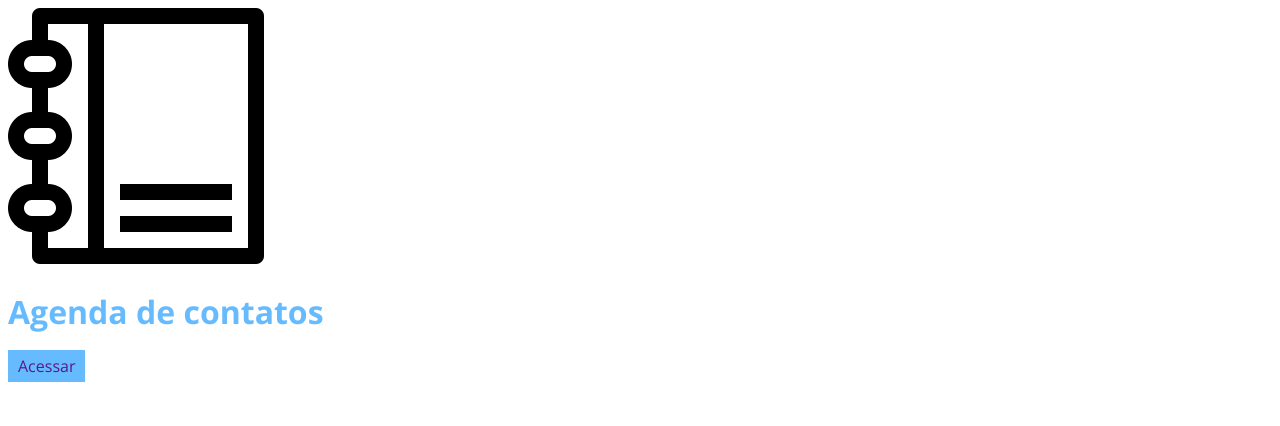
Repository: ricardolino-hub/agenda-dynamic-web-project
Page: http://localhost/Agenda/
These files come from the project's save history. The page is drawn as it stood at one moment and after the next save; the edit follows.
The browser window is 1280 px wide. The pictures show the whole page.
The page is served by Tomcat 9.

Above is the page before, as saved 2023-08-25 22:44:54.

After the next save:
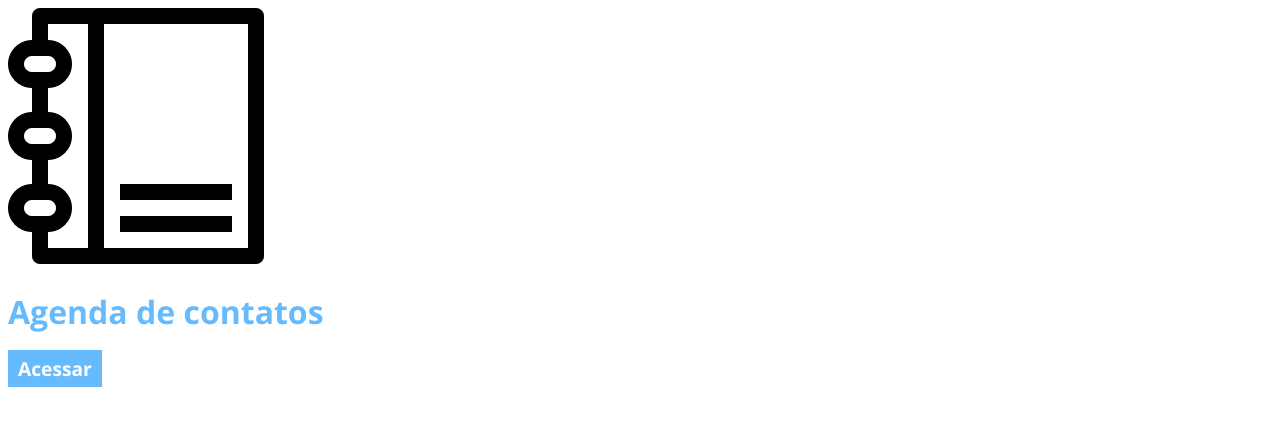
Saved 77 s later.
--- a/Agenda/src/main/webapp/style.css
+++ b/Agenda/src/main/webapp/style.css
@@ -15,4 +15,7 @@ h1 {
 	text-decoration: none;
 	background-color: #66bbff;
 	padding: 5px 10px;
+	color: #fff;
+	font-size: 1.2em;
+	font-weight: 700;
 }
